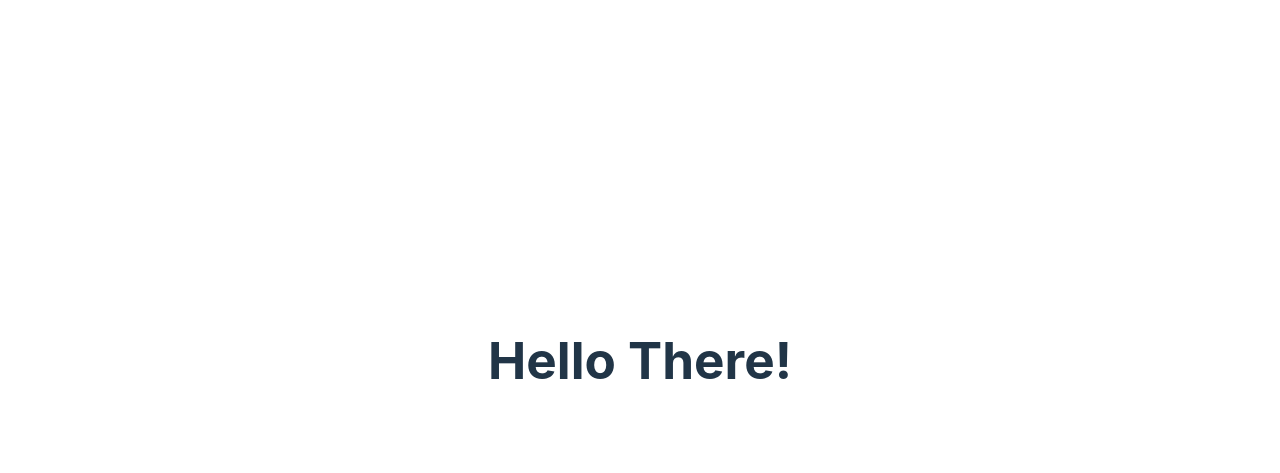
Repository: RonanKhalilOlaes/Olaes_Lab06-07_taskList
Page: /
The author's editor kept a copy of each file at every save. The page is drawn from the files as they stood at one save, then again after a run of saves.
The browser window is 1280 px wide. The pictures show the whole page.
The project was rebuilt for these pictures with package versions that can differ from the ones it lists, and the page was loaded fresh each time. Also part of the build but not shown: vite.config.js.

Above is the page before, as saved 2024-10-09 11:45:35.

### src/App.jsx
import { useState } from 'react'
import './App.css'

function App() {

 let name ='John Doe';
  return (
    <>
      <h1>Hello There!</h1>
    </>
  );
}

export default App;

Loaded but not shown: index.html (common file); src/main.jsx (common file); src/index.css (common file); src/App.css (common file)

After the next 2 saves:
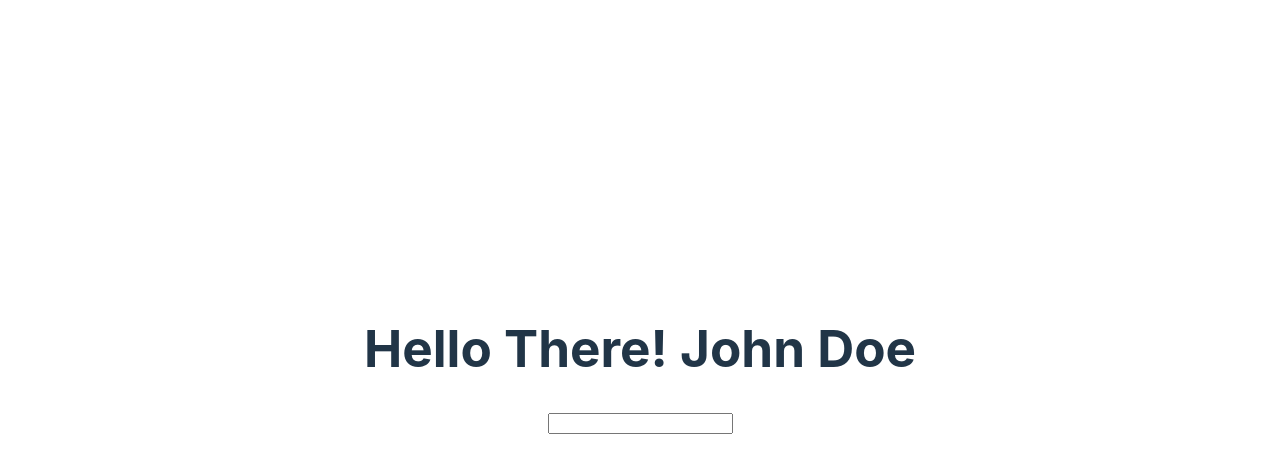
The 2 saves are shown as one change because 1 did not build or start.
The last was saved 3 min 30 s later.
--- a/src/App.jsx
+++ b/src/App.jsx
@@ -4,11 +4,24 @@ import './App.css'
 function App() {
 
  let name ='John Doe';
+
+ function handleKeyDown(e) {
+  if (e.key === 'Enter') {
+    name = e.target . value;
+  }
+ }
   return (
     <>
-      <h1>Hello There!</h1>
+
+      <h1>Hello There! {name}</h1>
+
+      <input type="text" onKeyDown={handleKeyDown} />
+
+
     </>
   );
 }
 
 export default App;
+
+// let variable is...
